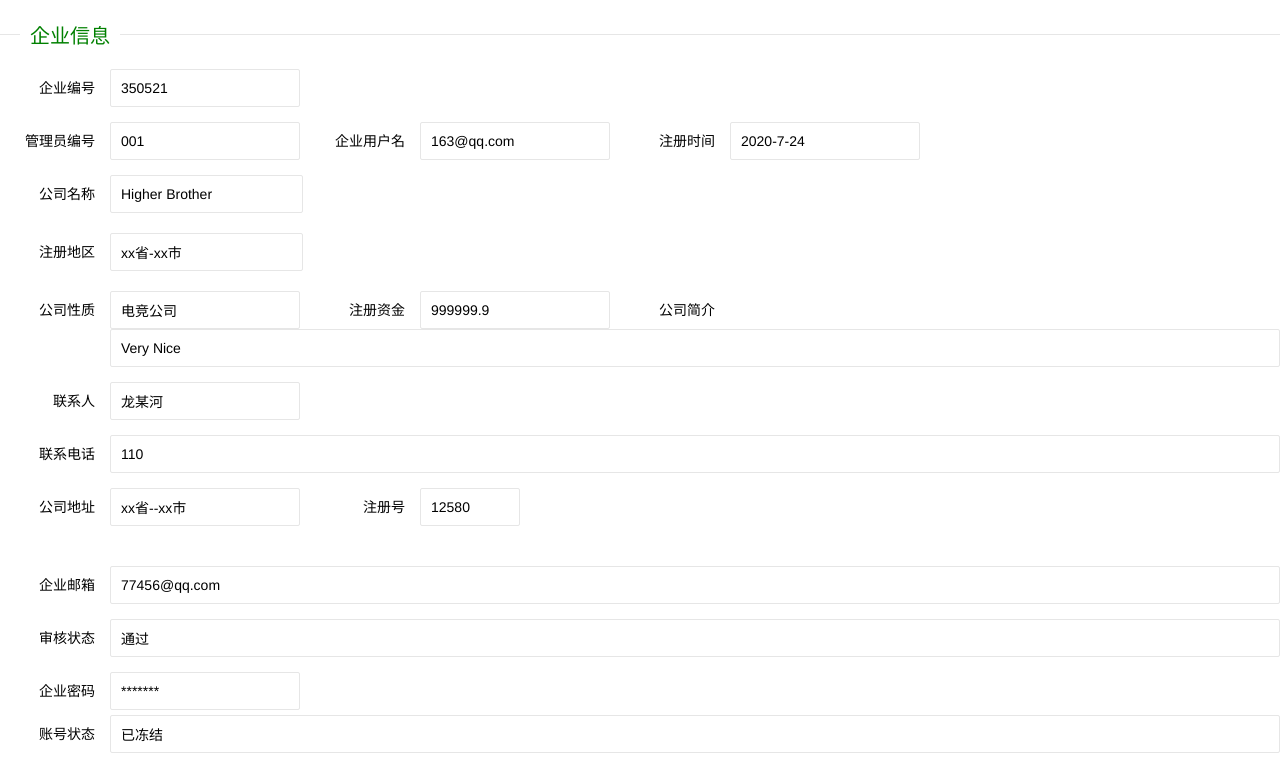
Repository: LongJinhe-coder/java-web-
Page: http://localhost/projectDemo1/displayFirmResume.jsp
These files come from the project's save history. The page is drawn as it stood at one moment and after the next save; the edit follows.
The browser window is 1280 px wide. The pictures show the whole page.
The page is served by Tomcat 9. Other server files are loaded and not shown.

Above is the page before, as saved 2020-07-28 09:46:01.

### MyEclipse CI/projectDemo1/WebRoot/displayFirmResume.jsp
<%@ page language="java" import="java.util.*" pageEncoding="UTF-8"%>
<%
String path = request.getContextPath();
String basePath = request.getScheme()+"://"+request.getServerName()+":"+request.getServerPort()+path+"/";
%>

<!DOCTYPE HTML PUBLIC "-//W3C//DTD HTML 4.01 Transitional//EN">
<html>
  <head>
    <base href="<%=basePath%>">

    <title>My JSP 'personalzhuce.jsp' starting page</title>

	<meta http-equiv="pragma" content="no-cache">
	<meta http-equiv="cache-control" content="no-cache">
	<meta http-equiv="expires" content="0">
	<meta http-equiv="keywords" content="keyword1,keyword2,keyword3">
	<meta http-equiv="description" content="This is my page">
	<!--
	<link rel="stylesheet" type="text/css" href="styles.css">
	-->

 <meta charset="utf-8">
  <title>Layui</title>
  <meta name="renderer" content="webkit">
  <meta http-equiv="X-UA-Compatible" content="IE=edge,chrome=1">
  <meta name="viewport" content="width=device-width, initial-scale=1, maximum-scale=1">
  <link rel="stylesheet" href="layui/css/layui.css"  media="all">
  <!-- 注意：如果你直接复制所有代码到本地，上述css路径需要改成你本地的 -->
  </head>

  <body>
 <fieldset class="layui-elem-field layui-field-title" style="margin-top: 20px;">
  <legend align="left" style="color:green;">企业信息</legend>
</fieldset>
<form class="layui-form" action="">

<div class="layui-form-item">
    <label class="layui-form-label">企业编号</label>
    <div class="layui-input-block">
      <input style="width:190px"type="text" name="firmID" value="350521" readonly="readonly"  autocomplete="off" class="layui-input">
    </div>
  </div>

 <div class="layui-form-item">
    <label class="layui-form-label">管理员编号</label>
    <div class="layui-input-inline">
      <input type="text" name="adminID" value="001" readonly="readonly"  autocomplete="off" class="layui-input">
    </div>
      <label class="layui-form-label">企业用户名</label>
      <div class="layui-input-inline">
        <input type="text" name="firmAccount" value="163@qq.com" readonly="readonly" class="layui-input">
      </div>

      <label class="layui-form-label">注册时间</label>
      <div class="layui-input-inline">
       <input type="text" name="registerTime"  value="2020-7-24" readonly="readonly" class="layui-input">

		</div>
    </div>

   <div class="layui-form-item">
   <div class="layui-inline">
    <label class="layui-form-label">公司名称</label>
    <div class="layui-input-block">
        <input type="text" name="firmName"  value="Higher Brother" readonly="readonly" class="layui-input">
    </div>
  </div>
   </div>

   <div class="layui-form-item">
   <div class="layui-inline">
    <label class="layui-form-label">注册地区</label>
    <div class="layui-input-block">
     <input type="text" name="registerArea"  value="xx省-xx市" readonly="readonly" class="layui-input">
    </div>
  </div>
   </div>

   <div class="layui-form-item">

    <label class="layui-form-label">公司性质</label>
    <div class="layui-input-inline">
      <input type="text" name="firmNature" value="电竞公司" readonly="readonly"  class="layui-input">
    </div>
    <label class="layui-form-label">注册资金</label>
    <div class="layui-input-inline">
      <input type="text" name="registerFund" value="999999.9" readonly="readonly" class="layui-input">
    </div>
    <label class="layui-form-label">公司简介</label>
    <div class="layui-input-block">
    <input type="text" name="firmBrief" value="Very Nice" readonly="readonly" class="layui-input">
    </div>
  </div>

    <div class="layui-form-item">
    <label class="layui-form-label">联系人</label>
    <div class="layui-input-inline">
      <input type="text" name="linkMan" value="龙某河" readonly="readonly" class="layui-input">
    </div>
  </div>

   <div class="layui-form-item">
    <label class="layui-form-label">联系电话</label>
    <div class="layui-input-block">
      <input type="text" name="linkPhone" value="110" readonly="readonly" class="layui-input">
    </div>
  </div>

    <div class="layui-form-item">
    <div class="layui-inline">
    <label class="layui-form-label">公司地址</label>
    <div class="layui-input-inline">
    <input type="text" name="firmArea" value="xx省--xx市" readonly="readonly" class="layui-input">
    </div>
      <label class="layui-form-label">注册号</label>
      <div class="layui-input-inline" style="width: 100px;">
        <input type="text" name="registerNum" value="12580" readonly="readonly" class="layui-input">
      </div>

    </div>

  </div>
   <div class="layui-form-item">
   <div class="layui-inline">

  </div>
   </div>

      <div class="layui-form-item">
    <label class="layui-form-label">企业邮箱</label>
    <div class="layui-input-block">
      <input type="text" name="firmEmail" value="77456@qq.com" readonly="readonly" class="layui-input">
    </div>
  </div>

   <div class="layui-form-item">
    <label class="layui-form-label">审核状态</label>
    <div class="layui-input-block">
      <input type="text" name="checkStatus" value="通过" readonly="readonly" class="layui-input">
    </div>
  </div>


  <div class="layui-form-item">
    <div class="layui-inline">
      <label class="layui-form-label">企业密码</label>
      <div class="layui-input-inline">
        <input type="text" name="frimpwd"  value="*******" readonly="readonly" class="layui-input">
      </div>
    </div>


     <div class="layui-form-item">

      <label class="layui-form-label">账号状态</label>
      <div class="layui-input-block">
        <input type="text" name="accountStatus"  value="已冻结" readonly="readonly" class="layui-input">
      </div>
    </div>
    </div>
  </form>
<script src="layui/layui.js" charset="utf-8"></script>
<!-- 注意：如果你直接复制所有代码到本地，上述js路径需要改成你本地的 -->

  </body>
</html>

Loaded but not shown: MyEclipse CI/projectDemo1/WebRoot/layui/css/layui.css (library); MyEclipse CI/projectDemo1/WebRoot/layui/layui.js (library)

After the next save:
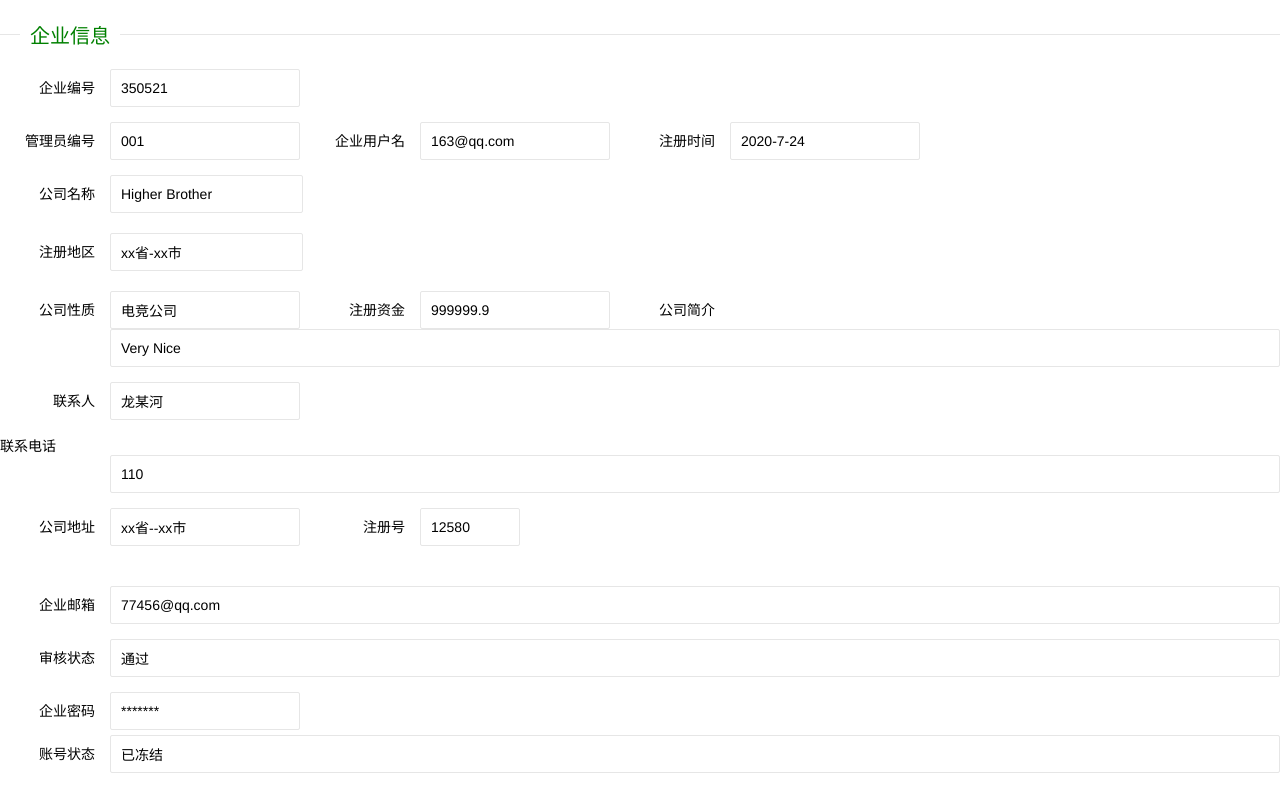
Saved 6 s later.
--- a/MyEclipse CI/projectDemo1/WebRoot/displayFirmResume.jsp
+++ b/MyEclipse CI/projectDemo1/WebRoot/displayFirmResume.jsp
@@ -101,7 +101,7 @@ String basePath = request.getScheme()+"://"+request.getServerName()+":"+request.
   </div>
 
    <div class="layui-form-item">
-    <label class="layui-form-label">联系电话</label>
+    <label class="layui-input-inline">联系电话</label>
     <div class="layui-input-block">
       <input type="text" name="linkPhone" value="110" readonly="readonly" class="layui-input">
     </div>
